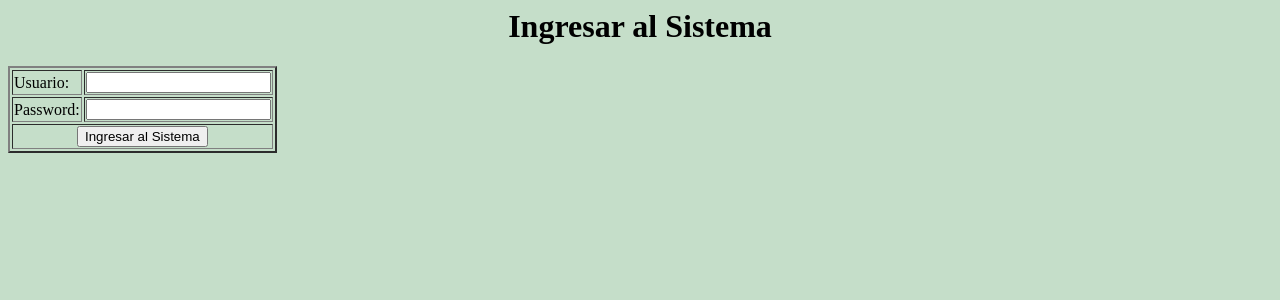
Repository: SaulSanchz/LPII_CL2_SanchezUrbanoSaul
Page: http://localhost/LP2_CL2_SanchezUrbanoSaul/
The author's editor kept a copy of each file at every save. The page is drawn from the files as they stood at one save, then again after the next save.
The browser window is 1280 px wide. The pictures show the whole page.
The page is served by Tomcat 9.

Above is the page before, as saved 2024-06-23 11:05:57.

After the next save:
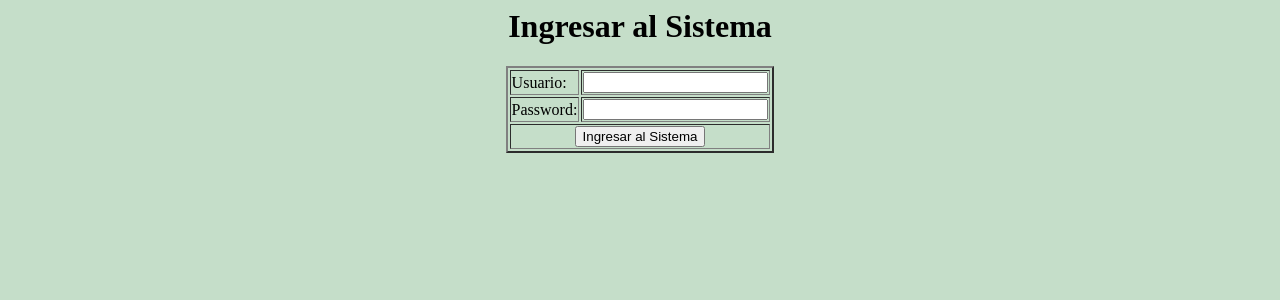
Saved 5 min 42 s later.
--- a/LP2_CL2_SanchezUrbanoSaul/src/main/webapp/index.jsp
+++ b/LP2_CL2_SanchezUrbanoSaul/src/main/webapp/index.jsp
@@ -5,9 +5,9 @@
 		<strong>Ingresar al Sistema</strong>
 	</h1>
 
-	<form action="ControladorUsuario" method="post" align="center">
+	<form action="ControladorUsuario" method="post">
 
-		<table border="2">
+		<table border="2" align="center">
 			<tr>
 				<td>Usuario: </td>
 				<td><input type="text" name="usuario"></td>
